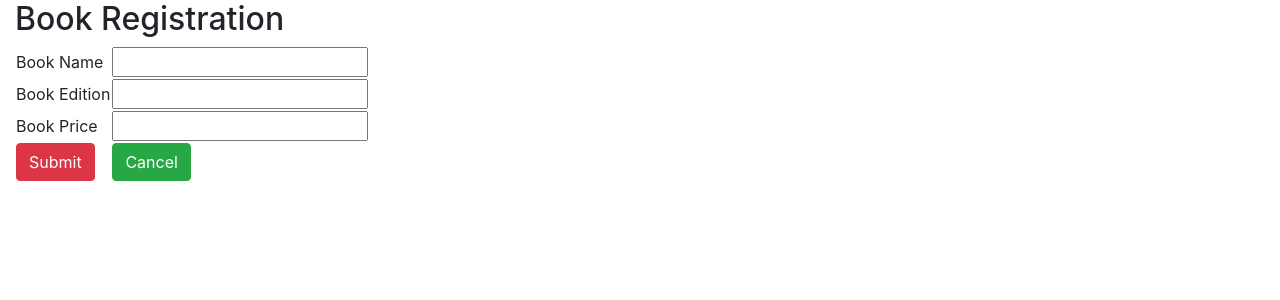
Repository: meriam0000/servlet
Page: BookWebApp/src/main/webapp/Home.html
The author's editor kept a copy of each file at every save. The page is drawn from the files as they stood at one save, then again after the next save.
The browser window is 1280 px wide. The pictures show the whole page.

Above is the page before, as saved 2024-02-12 20:29:42.

After the next save:
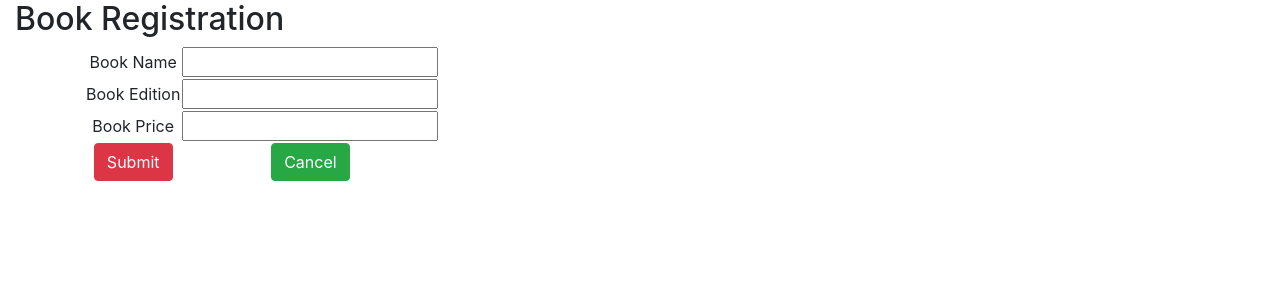
Saved 80 s later.
--- a/BookWebApp/src/main/webapp/Home.html
+++ b/BookWebApp/src/main/webapp/Home.html
@@ -7,7 +7,7 @@
 </head>
 <body class="container-fluid">
 <h2>Book Registration</h2>
-<form action="register" method="post">
+<form action="register" method="post" class="container text-center">
 <table>
 <tr>
 <td>
